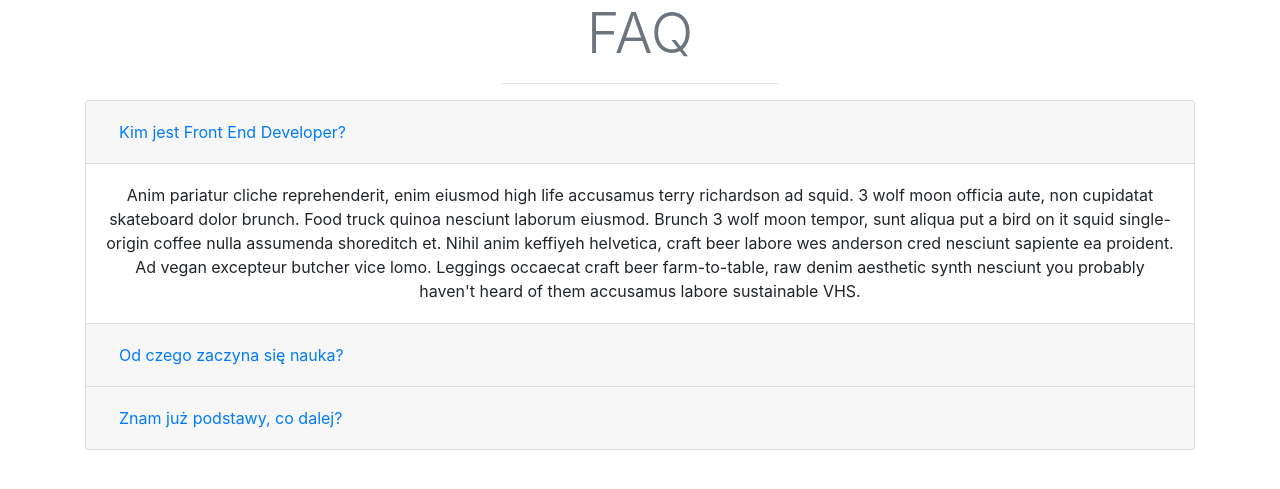
Repository: magdaf41/Bootstrap
Page: zadanie 2/index.html
The author's editor kept a copy of each file at every save. The page is drawn from the files as they stood at one save, then again after the next save.
The browser window is 1280 px wide. The pictures show the whole page.

Above is the page before, as saved 2020-09-18 14:05:06.

### zadanie 2/index.html
<!doctype html>
<html lang="en">

<head>
    <!-- Required meta tags -->
    <meta charset="utf-8">
    <meta name="viewport" content="width=device-width, initial-scale=1, shrink-to-fit=no">
    <title>Faq-bootstrap</title>
    <!-- Bootstrap CSS -->
    <link rel="stylesheet" href="https://stackpath.bootstrapcdn.com/bootstrap/4.5.2/css/bootstrap.min.css"
        integrity="sha384-JcKb8q3iqJ61gNV9KGb8thSsNjpSL0n8PARn9HuZOnIxN0hoP+VmmDGMN5t9UJ0Z" crossorigin="anonymous">

    <link rel="stylesheet" href="css/style.css">
    <link rel="stylesheet" href="https://use.fontawesome.com/releases/v5.7.2/css/all.css"
        integrity="sha384-fnmOCqbTlWIlj8LyTjo7mOUStjsKC4pOpQbqyi7RrhN7udi9RwhKkMHpvLbHG9Sr" crossorigin="anonymous">
</head>

<body>
    <div class="container text-center">
        <h1 class="text-muted display-4">FAQ</h1>
        <hr class="w-25">
        <div class="accordion" id="accordionExample">
            <div class="card">
                <div class="card-header" id="headingOne">
                    <h2 class="mb-0">
                        <button class="btn btn-link btn-block text-left" type="button" data-toggle="collapse"
                            data-target="#collapseOne" aria-expanded="true" aria-controls="collapseOne">
                            Kim jest Front End Developer?
                        </button>
                    </h2>
                </div>

                <div id="collapseOne" class="collapse show" aria-labelledby="headingOne"
                    data-parent="#accordionExample">
                    <div class="card-body">
                        Anim pariatur cliche reprehenderit, enim eiusmod high life accusamus terry richardson ad squid.
                        3
                        wolf moon officia aute, non cupidatat skateboard dolor brunch. Food truck quinoa nesciunt
                        laborum
                        eiusmod. Brunch 3 wolf moon tempor, sunt aliqua put a bird on it squid single-origin coffee
                        nulla
                        assumenda shoreditch et. Nihil anim keffiyeh helvetica, craft beer labore wes anderson cred
                        nesciunt
                        sapiente ea proident. Ad vegan excepteur butcher vice lomo. Leggings occaecat craft beer
                        farm-to-table, raw denim aesthetic synth nesciunt you probably haven't heard of them accusamus
                        labore sustainable VHS.
                    </div>
                </div>
            </div>
            <div class="card">
                <div class="card-header" id="headingTwo">
                    <h2 class="mb-0">
                        <button class="btn btn-link btn-block text-left collapsed" type="button" data-toggle="collapse"
                            data-target="#collapseTwo" aria-expanded="false" aria-controls="collapseTwo">
                            Od czego zaczyna się nauka?
                        </button>
                    </h2>
                </div>
                <div id="collapseTwo" class="collapse" aria-labelledby="headingTwo" data-parent="#accordionExample">
                    <div class="card-body">
                        Anim pariatur cliche reprehenderit, enim eiusmod high life accusamus terry richardson ad squid.
                        3
                        wolf moon officia aute, non cupidatat skateboard dolor brunch. Food truck quinoa nesciunt
                        laborum
                        eiusmod. Brunch 3 wolf moon tempor, sunt aliqua put a bird on it squid single-origin coffee
                        nulla
                        assumenda shoreditch et. Nihil anim keffiyeh helvetica, craft beer labore wes anderson cred
                        nesciunt
                        sapiente ea proident. Ad vegan excepteur butcher vice lomo. Leggings occaecat craft beer
                        farm-to-table, raw denim aesthetic synth nesciunt you probably haven't heard of them accusamus
                        labore sustainable VHS.
                    </div>
                </div>
            </div>
            <div class="card">
                <div class="card-header" id="headingThree">
                    <h2 class="mb-0">
                        <button class="btn btn-link btn-block text-left collapsed" type="button" data-toggle="collapse"
                            data-target="#collapseThree" aria-expanded="false" aria-controls="collapseThree">
                            Znam już podstawy, co dalej?
                        </button>
                    </h2>
                </div>
                <div id="collapseThree" class="collapse" aria-labelledby="headingThree" data-parent="#accordionExample">
                    <div class="card-body">
                        Anim pariatur cliche reprehenderit, enim eiusmod high life accusamus terry richardson ad squid.
                        3
                        wolf moon officia aute, non cupidatat skateboard dolor brunch. Food truck quinoa nesciunt
                        laborum
                        eiusmod. Brunch 3 wolf moon tempor, sunt aliqua put a bird on it squid single-origin coffee
                        nulla
                        assumenda shoreditch et. Nihil anim keffiyeh helvetica, craft beer labore wes anderson cred
                        nesciunt
                        sapiente ea proident. Ad vegan excepteur butcher vice lomo. Leggings occaecat craft beer
                        farm-to-table, raw denim aesthetic synth nesciunt you probably haven't heard of them accusamus
                        labore sustainable VHS.
                    </div>
                </div>
            </div>
        </div>
    </div>






    <!-- Optional JavaScript -->
    <!-- jQuery first, then Popper.js, then Bootstrap JS -->
    <script src="https://code.jquery.com/jquery-3.5.1.slim.min.js"
        integrity="sha384-DfXdz2htPH0lsSSs5nCTpuj/zy4C+OGpamoFVy38MVBnE+IbbVYUew+OrCXaRkfj"
        crossorigin="anonymous"></script>
    <script src="https://cdn.jsdelivr.net/npm/popper.js@1.16.1/dist/umd/popper.min.js"
        integrity="sha384-9/reFTGAW83EW2RDu2S0VKaIzap3H66lZH81PoYlFhbGU+6BZp6G7niu735Sk7lN"
        crossorigin="anonymous"></script>
    <script src="https://stackpath.bootstrapcdn.com/bootstrap/4.5.2/js/bootstrap.min.js"
        integrity="sha384-B4gt1jrGC7Jh4AgTPSdUtOBvfO8shuf57BaghqFfPlYxofvL8/KUEfYiJOMMV+rV"
        crossorigin="anonymous"></script>
</body>

</html>

### zadanie 2/css/style.css
section, footer {
    padding: 60px 0;
}

.showcase-img {
    background-size: cover;
    background-position: center;
}

.showcase-text {
    padding: 50px;
}

.showcase {
    padding: 0;
}

.team-item {
    max-width: 200px;
}

.call-to-action {
    background-image: url(../img/slider-1.jpg);
    background-size: cover;
    background-position: center;
}

@media(max-width: 768px) {
    .service-item, .team-item {
        margin-bottom: 50px;
    }
    .service-item:last-child, .team-item-last {
        margin: 0;
    }
    .showcase-img {
        height: 300px;
    }
}

After the next save:
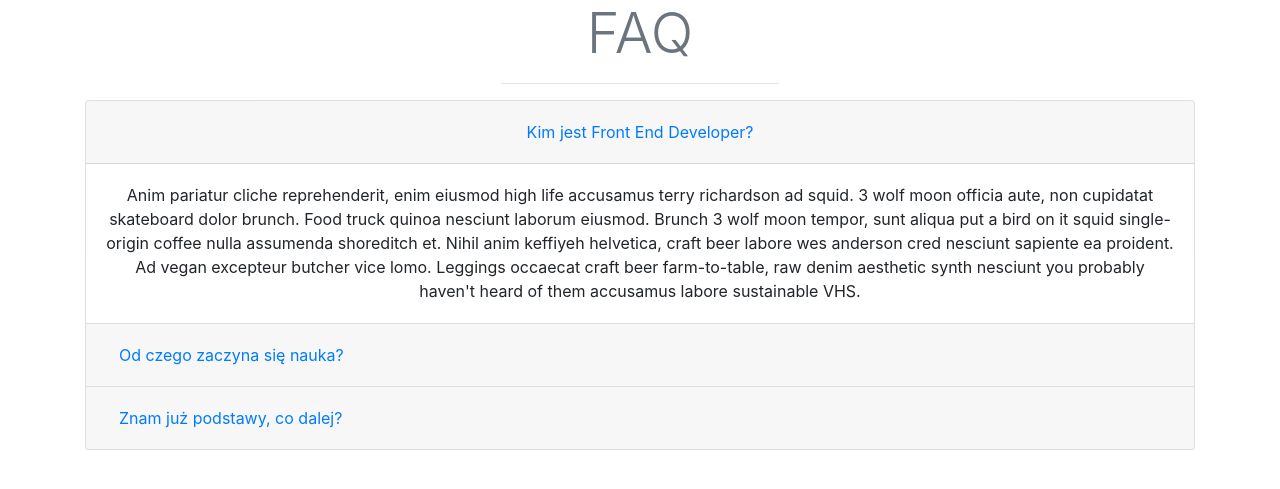
Saved 64 s later.
--- a/zadanie 2/index.html
+++ b/zadanie 2/index.html
@@ -19,11 +19,12 @@
     <div class="container text-center">
         <h1 class="text-muted display-4">FAQ</h1>
         <hr class="w-25">
+
         <div class="accordion" id="accordionExample">
             <div class="card">
                 <div class="card-header" id="headingOne">
                     <h2 class="mb-0">
-                        <button class="btn btn-link btn-block text-left" type="button" data-toggle="collapse"
+                        <button class="btn btn-link btn-block" type="button" data-toggle="collapse"
                             data-target="#collapseOne" aria-expanded="true" aria-controls="collapseOne">
                             Kim jest Front End Developer?
                         </button>
